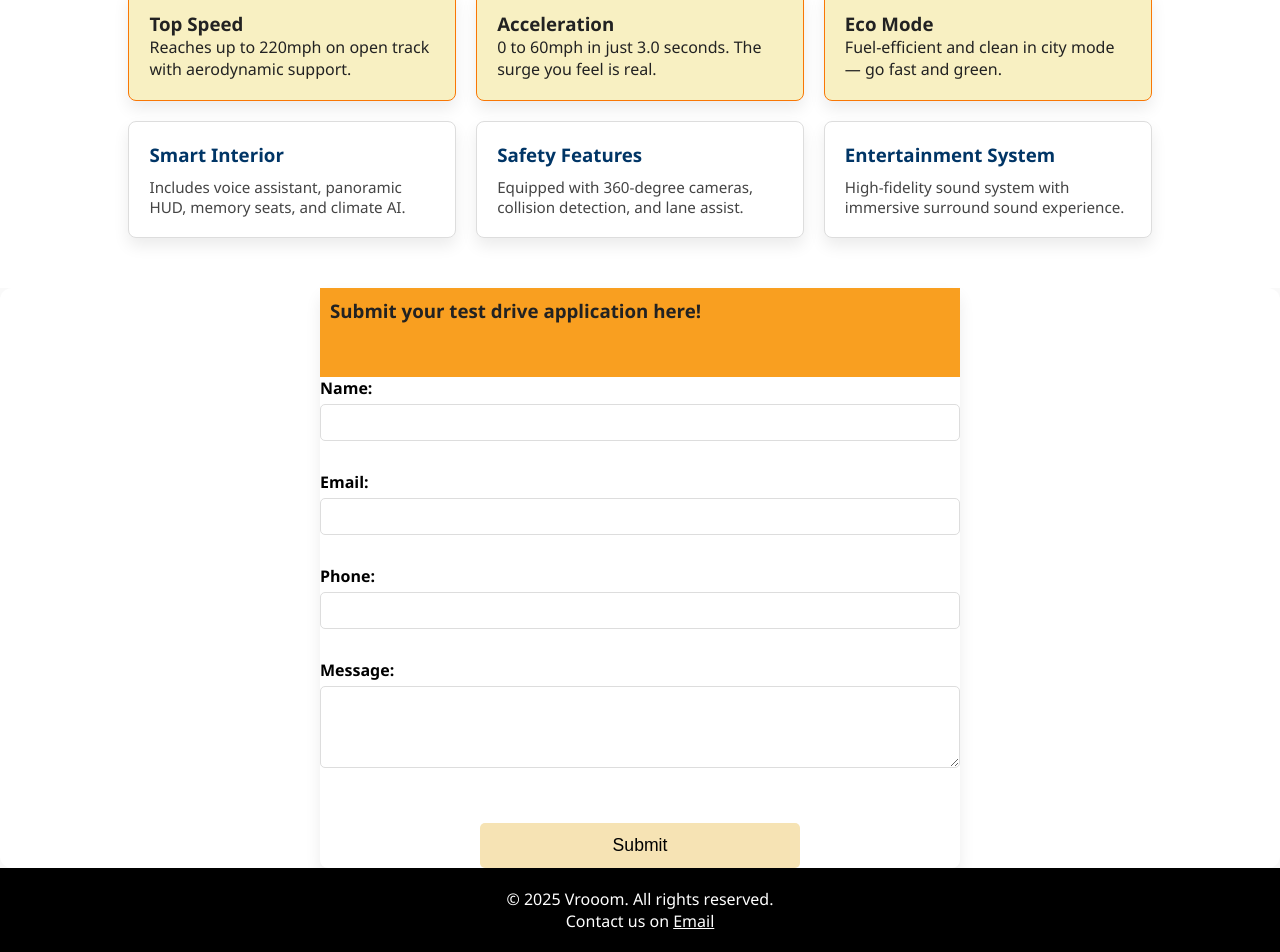
Repository: JiaheSu22/vrooom-responsive-main
Page: index.html
The author's editor kept a copy of each file at every save. The page is drawn from the files as they stood at one save, then again after the next save.
The browser window is 1280 px wide. The pictures show the part of the page from y = 780 to 1732 px (the page is 1732 px tall before and 1712 px after).
A picture or video elsewhere on the page could not be fetched, so the positions and the page height are approximate.

Above is the page before, as saved 2025-04-11 15:46:54.

### index.html
<!DOCTYPE html>
<html lang="en">

<head>
  <meta charset="UTF-8">
  <title>Vrooom — Barracuda X10</title>
  <style>
    * {
      box-sizing: border-box;
      margin: 0;
      padding: 0;
    }

    body {
      font-family: 'Segoe UI', sans-serif;
      background-color: #f9f9f9;
      color: #222;
    }

    /* HERO SECTION */
    .hero {
      position: relative;
      height: 100vh;
      width: 100%;
      background-image: url('assets/mercedes-vision-avtr.webp');
      background-repeat: no-repeat;
      background-size: cover;
      background-position: center;
      overflow: hidden;
    }

    /* Optional dark overlay for unifying text+video contrast */
    .hero::before {
      content: "";
      position: absolute;
      inset: 0;
      background: linear-gradient(to right, rgba(0, 0, 0, 0.7), rgba(0, 0, 0, 0.1));
      z-index: 0;
    }

    /* Logo - slightly rotated, floating */
    .hero-logo {
      position: absolute;
      left: 2px;
      width: 30%;
      transform: rotate(-8deg);
      z-index: 0;
    }

    .hero-logo img {
      width: 100%;
    }

    /* Rotated text box */
    .hero-text {
      position: absolute;
      bottom: 3%;
      left: 5%;
      background: rgba(255, 255, 255, 0.1);
      padding: 30px;
      border-left: 6px solid #f6e3b4;
      border-radius: 10px;
      backdrop-filter: blur(1px);
      z-index: 0;

    }

    .hero-text h1 {
      font-size: 3em;
      color: #a0fcf7;
      margin-bottom: 10px;
    }

    .hero-text p {
      font-size: 1.2em;
      color: #fff;
    }

    /* Tilted video box */
    .hero-video {
      position: absolute;
      top: auto;
      bottom: 20px;
      right: 20px;
      box-shadow: 0 10px 20px rgba(0, 0, 0, 0.6);
      z-index: 0;
      border-radius: 5px;
      overflow: hidden;
      transition: transform 0.3s ease;
    }

    .hero-video:hover {
      transform: scale(1.3);
    }

    .hero-video video {
      width: 100%;
      display: block;
      border-radius: 2px;
    }

    /* CARD SECTION */
    .card-section {
      display: flex;
      flex-wrap: wrap;
      justify-content: center;
      gap: 20px;
      padding: 50px 10%;
      background-color: #ffffff;
    }

    .top-card {
      background: rgb(248, 240, 194);
      border: 1px solid #f97705;
      border-radius: 8px;
      box-shadow: 0 8px 16px rgba(0, 0, 0, 0.08);
      padding: 20px;
      width: 32%;
      transition: transform 0.3s ease;
    }

    .card {
      background: white;
      border: 1px solid #ddd;
      border-radius: 8px;
      box-shadow: 0 8px 16px rgba(0, 0, 0, 0.08);
      width: 32%;
      padding: 20px;
      transition: transform 0.3s ease;
    }

    .top-card:hover {
      transform: translateY(10px);
      box-shadow: 0 12px 24px rgba(101, 247, 205, 0.1);
    }

    .card:hover {
      transform: translateY(-5px);
      box-shadow: 0 12px 24px rgba(0, 0, 0, 0.1);
    }

    .card h3 {
      margin-bottom: 10px;
      color: #003566;
    }

    .card p {
      font-size: 0.95em;
      color: #444;
    }

    .form-section {
      display: flex;
      flex-direction: column;
      background: #ffffff;
      border-radius: 12px;
    }

    .form-header {
      background-color: #f99f20;
      padding: 10px;
      width: 100%;
    }

    .form-section form {
      display: flex;
      flex-direction: column;
      border-radius: 8px;
      box-shadow: 0 8px 16px rgba(0, 0, 0, 0.08);
      width: 50%;
      margin: auto;
    }

    .form-section label {
      display: flex;
      font-weight: bold;
      margin-bottom: 5px;
      color: #000000;
    }

    .form-section input,
    textarea {
      width: 100%;
      padding: 10px;
      border: 1px solid #ddd;
      border-radius: 5px;
      margin-bottom: 15px;
    }

    .form-section .form {
      margin-bottom: 15px;
    }

    .form-section button {
      margin: auto;
      background: #f6e3b4;
      color: #000000;
      border: none;
      padding: 12px 25px;
      border-radius: 5px;
      cursor: pointer;
      font-size: 1.1em;
      width: 50%;
      margin-top: 20px;
      transition: background 0.3s ease;
    }

    .form-section button:hover {
      background: #f97705;
      color: #fff;
    }

    .footer {
      background: #000000;
      padding: 20px;
      text-align: center;
      color: #ffffff;
    }

    .footer a {
      color: #ffffff;
      transition: background 0.3s ease;
    }

    .footer a:hover {
      color: #f6e3b4;
    }

    /* Responsive Adjustments */
    @media (max-width: 768px) {
      .hero-text {
        position: static;
        margin: 20px auto;
        background: rgba(0, 0, 0, 0.7);
        text-align: center;
      }

      .hero-video {
        position: static;
        width: 90%;
        margin: 20px auto;
      }

      .card-section {

        align-items: center;
        padding: 30px 5%;
      }
    }
  </style>
</head>

<body>

  <!-- HERO SECTION -->
  <section class="hero">

    <!-- Logo -->
    <div class="hero-logo">
      <img src="assets/logo-enh.png" alt="Vrooom Logo">
    </div>

    <!-- Text -->
    <div class="hero-text">
      <h1>Mercedes Vision AVTR</h1>
      <p>A marriage between art and science.</p>
    </div>

    <!-- Video -->
    <div class="hero-video">
      <video autoplay loop muted>
        <source src="assets/avtr-demo.mp4" type="video/mp4">
        Your browser does not support the video tag.
      </video>
    </div>

  </section>

  <!-- CARD SECTION -->
  <section class="card-section">
    <div class="top-card">
      <h3>Top Speed</h3>
      <p>Reaches up to 220mph on open track with aerodynamic support.</p>
    </div>
    <div class="top-card">
      <h3>Acceleration</h3>
      <p>0 to 60mph in just 3.0 seconds. The surge you feel is real.</p>
    </div>
    <div class="top-card">
      <h3>Eco Mode</h3>
      <p>Fuel-efficient and clean in city mode — go fast and green.</p>
    </div>
    <div class="card">
      <h3>Smart Interior</h3>
      <p>Includes voice assistant, panoramic HUD, memory seats, and climate AI.</p>
    </div>
    <div class="card">
      <h3>Safety Features</h3>
      <p>Equipped with 360-degree cameras, collision detection, and lane assist.</p>
    </div>
    <div class="card">
      <h3>Entertainment System</h3>
      <p>High-fidelity sound system with immersive surround sound experience.</p>
    </div>
  </section>

  <section class="form-section">
    <form action="">
      <div class="form-header">
        <h3>Submit your test drive application here!</h3>
        <br><br>
      </div>
      <div class="form">
        <label for="name">Name:</label>
        <input type="text" id="name" name="name" required>
      </div>
      <div class="form">
        <label for="email">Email:</label>
        <input type="email" id="email" name="email" required>
      </div>
      <div class="form">
        <label for="phone">Phone:</label>
        <input type="tel" id="phone" name="phone" required>
      </div>
      <div class="form">
        <label for="message">Message:</label>
        <textarea id="message" name="message" rows="4" required></textarea>
      </div>
      <button type="submit">Submit</button>
    </form>
  </section>

  <section class="footer">
    <footer>
      <div class="footer-content">
        <p>&copy; 2025 Vrooom. All rights reserved.</p>
        <p>Contact us on <a href="mailto:contect@vroom.com">Email</a>
      </div>
    </footer>
  </section>
</body>

</html>

After the next save:
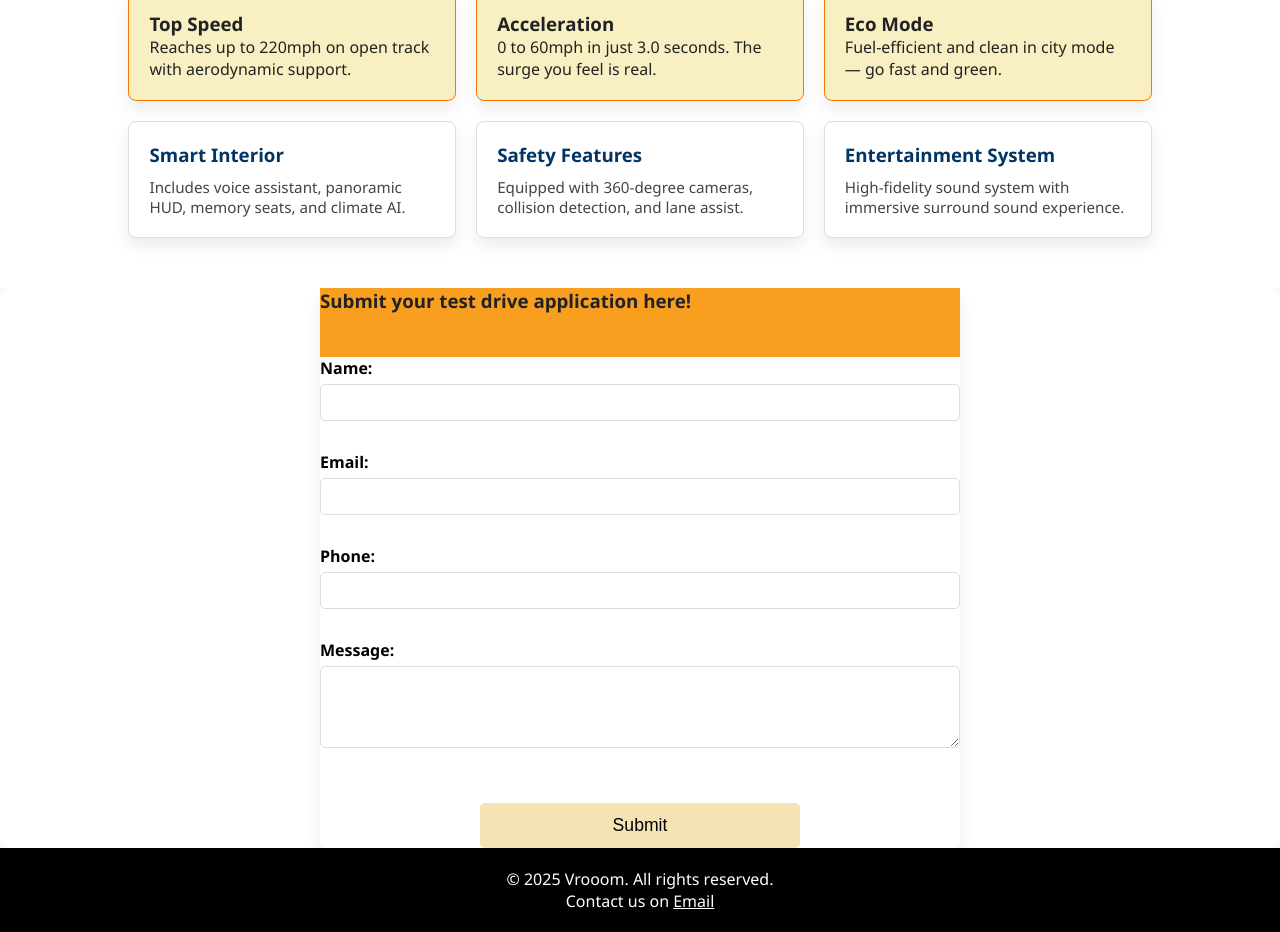
Saved 6 s later.
--- a/index.html
+++ b/index.html
@@ -158,7 +158,7 @@
 
     .form-header {
       background-color: #f99f20;
-      padding: 10px;
+      padding: 0;
       width: 100%;
     }
 
